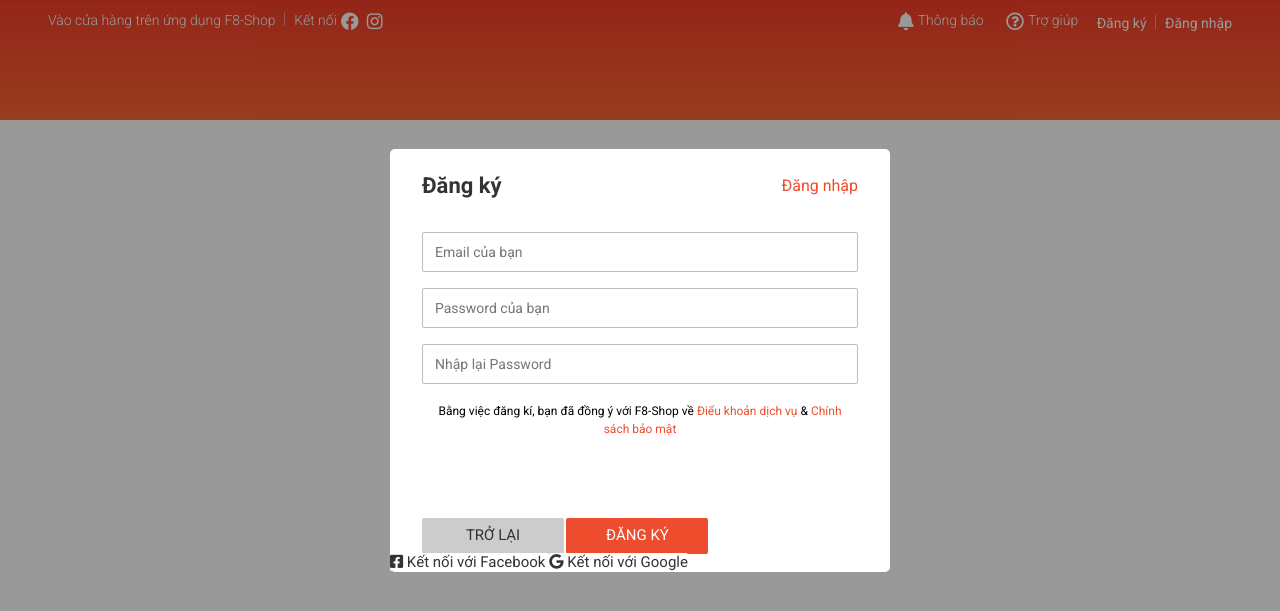
Repository: tvhoangit/tvhoangit.github.io
Page: Shoppe/index.html
An editor plug-in stored every save of this project. The page is shown before and after the next save, followed by the edit.
The browser window is 1280 px wide. The pictures show the whole page.
The pointer rests on the first visible `.btn`.

Above is the page before, as saved 2021-10-17 11:32:56.

### Shoppe/index.html
<!DOCTYPE html>
<html lang="en">
<head>
    <meta charset="UTF-8">
    <meta http-equiv="X-UA-Compatible" content="IE=edge">
    <meta name="viewport" content="width=device-width, initial-scale=1.0">
    <title>Document</title>
    <link rel="stylesheet" href="https://cdnjs.cloudflare.com/ajax/libs/normalize/8.0.1/normalize.min.css">
    <link rel="stylesheet" href="./assets/css/base.css">
    <link rel="stylesheet" href="./assets/css/main.css">
    <link rel="stylesheet" href="./assets/fonts/fontawesome-free-5.15.4-web/fontawesome-free-5.15.4-web/css/all.min.css">
    <link href="https://fonts.googleapis.com/css2?family=Open+Sans&family=Roboto:wght@300;400;500;700;900&display=swap" rel="stylesheet">
</head>
<body>

    <div class="app">
        <header class="header">
            <div class="grid">
                <nav class="header__navbar">
                    <ul class="header__navbar-list">
                        <li class="header__navbar-item header__navbar-item--qr header__navbar-item--separate">
                            Vào cửa hàng trên ứng dụng F8-Shop
                            <div class="header__qr">
                                <img src="./assets/img/QR.png" alt="QR code" class="header__qr-img">
                                <div class="header__qr-apps">
                                    <a href="" class="header__qr-link">
                                        <img src="./assets/img/gg_play.jpg" alt="GG Play" class="header__qr-dowload-img">
                                    </a>
                                    <a href="" class="header__qr-link">
                                        <img src="./assets/img/apstore.jpg" alt="ApStore" class="header__qr-dowload-img">
                                    </a>
                                </div>
                            </div>
                        </li>
                        <li class="header__navbar-item">
                            <span class="header__navbar-title--no-pointer">Kết nối</span>
                            <a href="" class="header__navbar-icon-link">
                                <i class="header__navbar--icon fab fa-facebook"></i>
                            </a>
                            <a href="" class="header__navbar-icon-link">
                                <i class="header__navbar--icon fab fa-instagram"></i>
                            </a>
                        </li>
                    </ul>

                    <ul class="header__navbar-list">
                        <li class="header__navbar-item header__navbar-item--has-notify">
                            <i class="header__navbar--icon fas fa-bell"></i>
                            <a href="" class="header__navbar-item-link">Thông báo</a>
                            <div class="header__notify">
                                <header class="header__notify--header">
                                    <h3>Thông báo mới nhận</h3>
                                </header>
                                <ul class="header__notify-list">
                                    <li class="header__notify-item header__notify-item--viewed">
                                        <a href="" class="header__notify-link">
                                            <span>
                                                <img src="./assets/img/myphamohui.png" alt="" class="header__notify-img">
                                            </span>
                                            <div class="header__notify-info">
                                                <span class="header__notify-name">Mỹ phẩm Ohui chính hãng</span>
                                                <span class="header__notify-description">Mô tả</span>
                                            </div>
                                        </a>
                                    </li>
                                    <li class="header__notify-item">
                                        <a href="" class="header__notify-link">
                                            <span>
                                                <img src="./assets/img/myphamohui.png" alt="" class="header__notify-img">
                                            </span>
                                            <div class="header__notify-info">
                                                <span class="header__notify-name">Mỹ phẩm Ohui chính hãng</span>
                                                <span class="header__notify-description">Mô tả</span>
                                            </div>
                                        </a>
                                    </li>
                                    <li class="header__notify-item">
                                        <a href="" class="header__notify-link">
                                            <span>
                                                <img src="./assets/img/myphamohui.png" alt="" class="header__notify-img">
                                            </span>
                                            <div class="header__notify-info">
                                                <span class="header__notify-name">Mỹ phẩm Ohui chính hãng</span>
                                                <span class="header__notify-description">Mô tả</span>
                                            </div>
                                        </a>
                                    </li>
                                </ul>
                                <div class="header__notify-footer">
                                    <a href="" class="header__notify-footer-btn">Xem tất cả</a>
                                </div>
                            </div>
                        </li>
                        <li class="header__navbar-item">
                            <i class="header__navbar--icon far fa-question-circle"></i>
                            <a href="" class="header__navbar-item-link">Trợ giúp</a>
                        </li>
                        <li class="header__navbar-item header__navbar-item--strong header__navbar-item--separate">Đăng ký</li>
                        <li class="header__navbar-item header__navbar-item--strong">Đăng nhập</li>
                    </ul>
                </nav>
            </div>
        </header>
    </div>
    <div class="container">


    </div>
    <div class="footer">

    </div>


    <!-- Form Đăng ký đăng nhập -->
    <div class="modal">
        <div class="modal__overlay">

        </div>
        <div class="modal__body">
                <!-- authen form -->
            <div class="auth-form">
                <div class="auth-form__container">
                    <div class="auth-form__header">
                        <h3 class="auth-form__heading">Đăng ký</h3>
                        <span class="auth-form__switch-btn">Đăng nhập</span>
                    </div>
                    <div class="auth-form__form">
                        <div class="auth-form__group">
                            <input type="text" class="auth-form__input" placeholder="Email của bạn">
                        </div>
                        <div class="auth-form__group">
                            <input type="password" class="auth-form__input" placeholder="Password của bạn">
                        </div>
                        <div class="auth-form__group">
                            <input type="password" class="auth-form__input" placeholder="Nhập lại Password">
                        </div>
                    </div>
                    <div class="auth-form__aside">
                        <p class="auth-form__policy-text">
                            Bằng việc đăng kí, bạn đã đồng ý với F8-Shop về
                            <a href="" class="auth-form__text-link">Điểu khoản dịch vụ </a>&
                            <a href="" class="auth-form__text-link">Chính sách bảo mật</a>
                        </p>
                    </div>
                    <div class="auth-form__controls">
                        <button class="btn">TRỞ LẠI</button>
                        <button class="btn btn--primary">ĐĂNG KÝ</button>
                    </div>
                </div>
                <div class="auth-form__socials">
                    <a href="" class="btn btn--width-icon">
                        <i class="fab fa-facebook-square"></i>
                        Kết nối với Facebook
                    </a>
                    <a href="" class="btn btn--width-icon">
                        <i class="fab fa-google"></i>
                        Kết nối với Google
                    </a>
                </div>
            </div>
        </div>
    </div>

</body>
</html>

### Shoppe/assets/css/base.css
:root{
    --primary-color: #EE4D2D;
    --white-color: #fff;
    --black-color: #000;
    --text-color: #333;
    --border-color: #bdbdbd;
}

*{
    box-sizing: inherit;
}

html{
    font-size: 62.5%;
    line-height: 1.6rem;
    font-family: 'Roboto', sans-serif;
    box-sizing: border-box;
}

.grid{
    width: 1200px;
    max-width: 100%;
    margin: 0 auto;
}

.grid__full-width{
    width: 100%;
}

.grid__row{
    display: flex;
    flex-wrap: wrap;
}

/* Animation */
@keyframes fadeIn {
    from {
        opacity: 0;
    }
    to {
        opacity: 1;
    }
}
/* Modal */
.modal {
    position: fixed;
    top: 0;
    right: 0;
    bottom: 0;
    left: 0;
    display: flex;
}
.modal__overlay {
    position: absolute;
    width: 100%;
    height: 100%;
    background-color: rgba(0, 0, 0, 0.4);
}
.modal__body {
    background-color: var(--white-color);
    margin: auto;
    position: relative;
    z-index: 1;
    border-radius: 5px;
}

/* button style */
.btn {
    min-width: 142px;
    height: 36px;
    text-decoration: none;
    border: none;
    border-radius: 2px;
    font-size: 1.5rem;
    padding: 0;
    background-color: var(--white-color);
    outline: none;
    cursor: pointer;
    color: var(--text-color);
}
.btn:hover {
    background-color: rgba(0, 0, 0, 0.2);
}
.btn.btn--primary {
    background-color: var(--primary-color);
    color: var(--white-color);
}
.btn.btn--disabled {
    color: #949494;
    cursor: default;
    background-color: #c3c3c3;
}

### Shoppe/assets/css/main.css
.header {
    height: 120px;
    background-image: linear-gradient(0, #fe6433, #f53e28);
}
.header__navbar {
    display: flex;
    justify-content: space-between;
    padding-top: 8px;
}
.header__navbar-list {
    list-style: none;
    padding-left: 0;
    margin-top: 4px;
}
.header__navbar-item {
    display: inline-block;
    margin: 0 8px 0px 8px;
    position: relative;
    min-height: 26px;
}
.header__navbar-item--qr:hover .header__qr {
    display: block;
}
.header__navbar-item--has-notify:hover .header__notify {
    display: block;
}
.header__navbar-item,
.header__navbar-item-link {
    font-size: 1.4rem;
    color: var(--white-color);
    text-decoration: none;
    font-weight: 300;
}
.header__navbar-item:hover,
.header__navbar-icon-link:hover,
.header__navbar-item-link:hover {
    color: rgba(255, 255, 255, 0.7);
    cursor: pointer;
}
.header__navbar-item,
.header__navbar-item-link,
.header__navbar-icon-link{
    display: inline-flex;
    text-align: center;
}
.header__navbar-item--strong {
    font-weight: 400;
}
.header__navbar-item--separate::after {
    content: "";
    display: block;
    position: absolute;
    border-left: 1px solid #FB9086;
    height: 14px;
    right: -9px;
    top: 25%;
    transform: translateY(-50%);
}
.header__navbar-icon-link {
    color: var(--white-color);
    text-decoration: none;
}
.header__navbar--icon {
    font-size: 1.8rem;
    margin: 0 4px;
}
.header__navbar-title--no-pointer {
    cursor: text;
    color: var(--white-color);
}
.header__qr {
    width: 186px;
    background-color: var(--white-color);
    position: absolute;
    left: 0;
    top: 100%;
    padding: 8px;
    border-radius: 2px;
    display: none;
    animation: fadeIn ease 0.3s;
}
.header__qr-img {
    width: 100%;
}
.header__qr-apps {
    display: flex;
    justify-content: space-between;
}
.header__qr-link {
    margin: 0px 11px;
}
.header__qr-dowload-img {
    height: 15px;
}

/* Header notification */
.header__notify {
    position: absolute;
    top: 100%;
    width: 404px;
    right: 0;
    border: 1px solid #D3D3D3;
    background-color: var(--white-color);
    cursor: default;
    /* lấy tâm để dịch chuyển */
    transform-origin: calc(100% - 20px) top;
    animation: headerNotifyGrowth ease-in 0.2s;
    /* nói cho web biết thuộc tính gì sẽ thay đổi để tối ưu hơn */
    will-change: opacity, transform;
    display: none;
}
.header__notify::before {
    content: "";
    border-width: 20px 27px;
    border-style: solid;
    border-color: transparent transparent var(--white-color) transparent;
    position: absolute;
    right: 4px;
    top: -30px;
}
@keyframes headerNotifyGrowth {
    from {
        opacity: 0;
        transform: scale(0);
    }
    to {
        opacity: 1;
        transform: scale(1);
    }
}
.header__notify--header {
    height: 40px;
    background-color: var(--white-color);
    margin-top: -15px;
}
.header__notify--header h3 {
    color: #999;
    margin-right: 237px;
    font-weight: 400;
    font-size: 1.5rem;
    line-height: 40px;

}
.header__notify-list {
    padding-left: 0;
}
.header__notify-item {
    display: flex;
}
.header__notify-item:hover {
    background-color: #f7f7f7;
}
.header__notify-item--viewed {
    background-color: rgba(238,75,43,0.08);
}
.header__notify-link {
    display: flex;
    width: 100%;
    padding: 12px;
    text-decoration: none;
}
.header__notify-img {
    width: 48px;
}
.header__notify-info {
    margin-left: 12px;
}
.header__notify-name {
    display: block;
    font-size: 1.4rem;
    color: var(--text-color);
    font-weight: 400;
    line-height: 1.8rem;
}
.header__notify-description {
    display: block;
    font-size: 1.2rem;
    line-height: 1.6rem;
    color: #756F6E;
    text-align: left;
    margin-top: 4px;;
}
.header__notify-footer {
    height: 40px;
}
.header__notify-footer-btn {
    text-decoration: none;
    line-height: 40px;
    color: var(--text-color);
    padding: 8px 32px;
    font-weight: 400;
}

/* Authen modal */
.auth-form {
    width: 500px;
}
.auth-form__container {
    padding: 0 32px;
}
.auth-form__header {
    display: flex;
    align-items: center;
    justify-content: space-between;
    padding-top: 7px;
}
.auth-form__heading {
    font-size: 2.2rem;
    font: weight 400px;
    color: var(--text-color);
}
.auth-form__switch-btn {
    font-size: 1.6rem;
    color: var(--primary-color);
    font-weight: 400;
    cursor: pointer;
}
.auth-form__form {
}
.auth-form__input {
    width: 100%;
    height: 40px;
    margin-top: 16px;
    padding: 0 12px;
    font-size: 1.4rem;
    border: 1px solid var(--border-color);
    border-radius: 2px;
    outline: none;
}
.auth-form__input:focus {
    border-color: #888;
}
.auth-form__aside {
    margin-top: 18px;
}
.auth-form__policy-text {
    font-size: 1.2rem;
    line-height: 1.8rem;
    text-align: center;
    padding: 0 12px;
}
.auth-form__text-link {
    text-decoration: none;
    color: var(--primary-color);
}
.auth-form__controls {
    margin-top: 80px;
}

Loaded but not shown: Shoppe/assets/fonts/fontawesome-free-5.15.4-web/fontawesome-free-5.15.4-web/css/all.min.css (library)

After the next save:
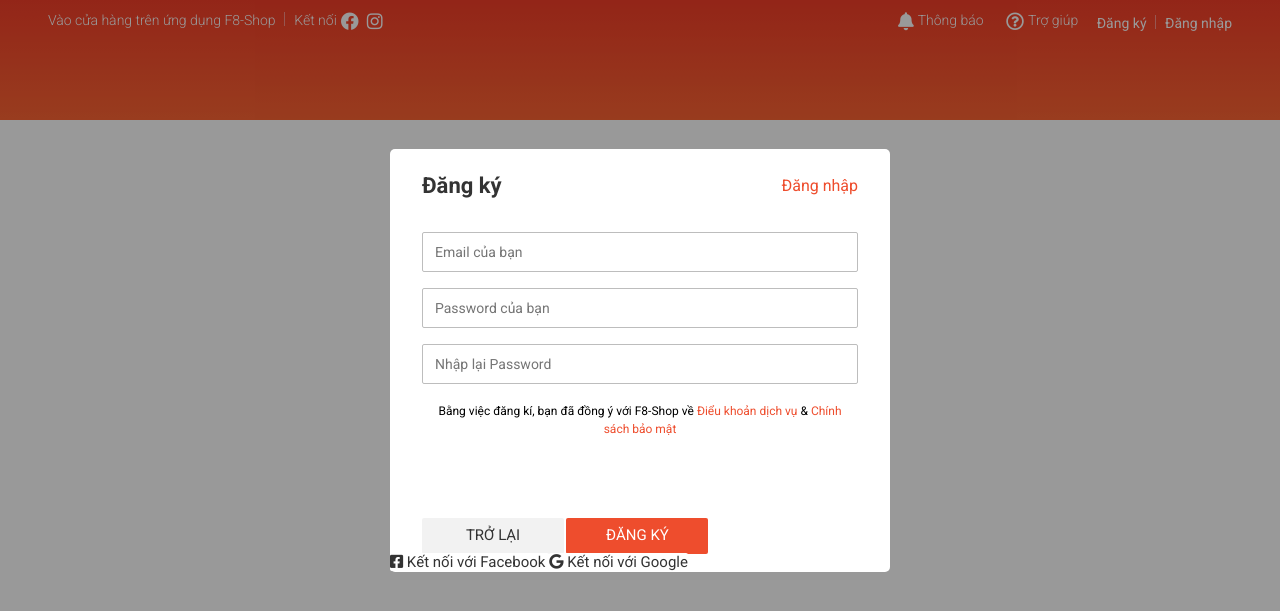
Saved 16 s later.
--- a/Shoppe/assets/css/base.css
+++ b/Shoppe/assets/css/base.css
@@ -79,7 +79,7 @@
     color: var(--text-color);
 }
 .btn:hover {
-    background-color: rgba(0, 0, 0, 0.2);
+    background-color: rgba(0, 0, 0, 0.05);
 }
 .btn.btn--primary {
     background-color: var(--primary-color);
